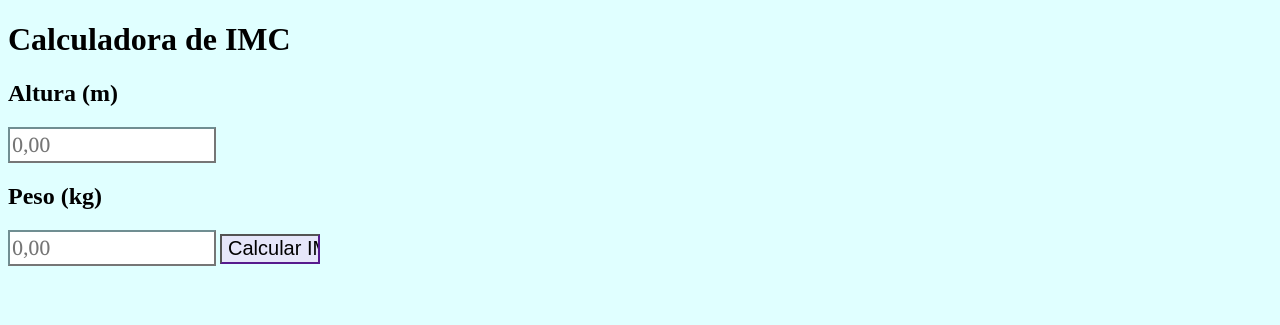
Repository: DeboraGuerra/programacaoWeb
Page: http://localhost/Desafio03/
An editor plug-in stored every save of this project. The page is shown before and after the next save, followed by the edit.
The browser window is 1280 px wide. The pictures show the whole page.
The page is served by Tomcat 9.

Above is the page before, as saved 2020-03-23 23:52:29.

After the next save:
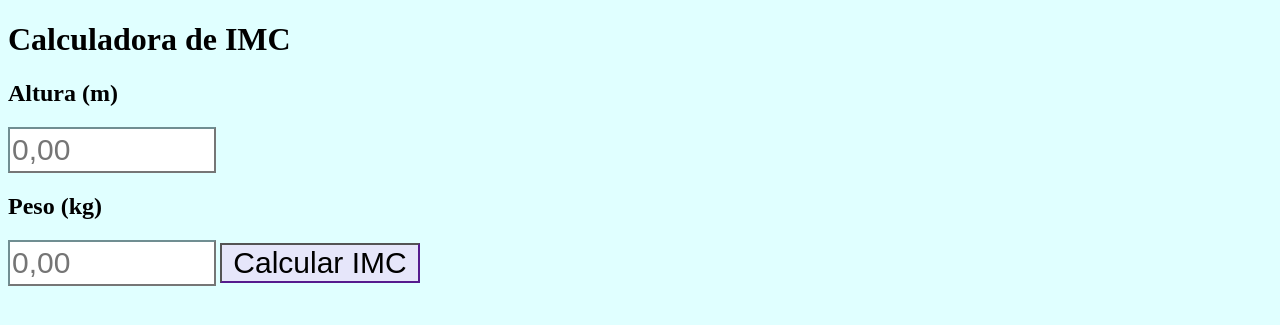
Saved 72 s later.
--- a/projetos-java/Desafio03/WebContent/style.css
+++ b/projetos-java/Desafio03/WebContent/style.css
@@ -2,18 +2,17 @@
 
 .caixa {
     width: 200px;
-    height: 30px;
-    font-size: 20px;
-    font-family: georgia;
+    height: 40px;
+    font-size: 30px;
     border-top-color: #b0e0e6;
     border-left-color: #b0e0e6;
 }
 
 .botao {
     background-color: #e6e6fa;
-    width: 100px;
-    height: 30px;
-    font-size: 20px;
+    width: 200px;
+    height: 40px;
+    font-size: 30px;
     border-right-color: #8a2be2;
     border-bottom-color: #8a2be2;
 }
